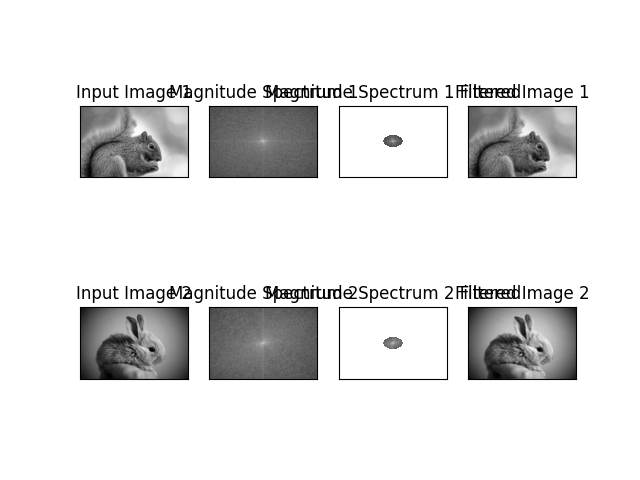
Repository: Yuer-yuan/CV
Script's output: python lab1-hybrid-image/gui/fft.py
These files come from the project's save history. The script's output is drawn as it stood at one moment and after a run of saves; the edit follows.
Random numbers start from a fixed seed. It also reads lab1-hybrid-image/gui/res/bunny1.png, lab1-hybrid-image/gui/res/squirrel1.png.

Above is the script's output before, as saved 2023-03-25 19:21:05.

After the next 3 saves:
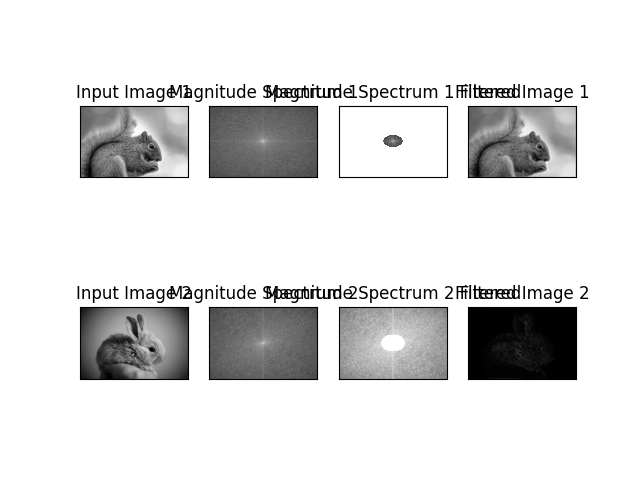
The 3 saves are shown as one change because 2 did not build or start.
The last was saved 2 min 23 s later.
--- a/lab1-hybrid-image/gui/fft.py
+++ b/lab1-hybrid-image/gui/fft.py
@@ -12,7 +12,7 @@ pair_idx = 0
 ksize1, sigma1, ksize2, sigma2 = 39, 11, 21, 5
 
 
-def ideal_lowpass_filter(shape, cutoff):
+def ideal_filter(shape, cutoff, lowpass=True):
     """Create an ideal lowpass filter.
 
     Args:
@@ -34,7 +34,10 @@ def ideal_lowpass_filter(shape, cutoff):
 
     # Create the filter.
     filter = np.ones(shape)
-    filter[d > cutoff] = 0
+    if lowpass:
+        filter[d > cutoff] = 0
+    else:
+        filter[d < cutoff] = 0
     return filter
 
 
@@ -55,8 +58,8 @@ if __name__ == '__main__':
     magnitude_spectrum2 = 20*np.log(np.abs(fftshift2))
 
     # Create the ideal lowpass filter.
-    filter1 = ideal_lowpass_filter(img1.shape, 0.1)
-    filter2 = ideal_lowpass_filter(img2.shape, 0.1)
+    filter1 = ideal_filter(img1.shape, 0.1, lowpass=True)
+    filter2 = ideal_filter(img2.shape, 0.1, lowpass=False)
 
     # Apply the filter to the FFTs.
     fftshift1_filtered = fftshift1 * filter1
